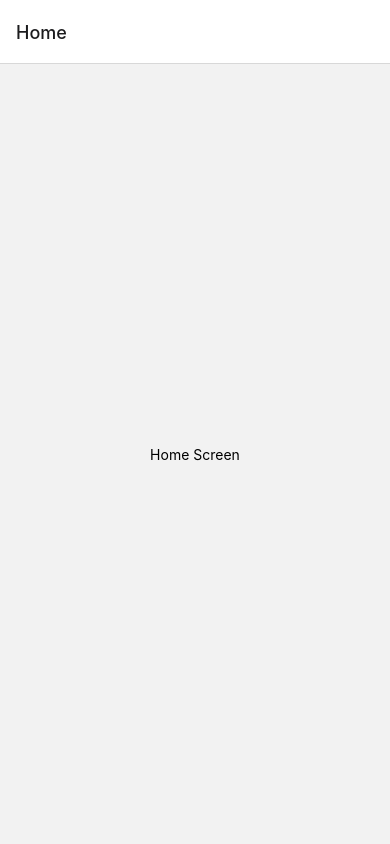
Repository: Waikato153/AwesomeProject
Screen: /
These files come from the project's save history. The screen is drawn as it stood at one moment and after a run of saves; the edit follows.
The app was drawn by React Native's web renderer in a window 390 px wide. The project was rebuilt for these pictures with package versions that can differ from the ones it lists, and the page was loaded fresh each time.

Above is the screen before, as saved 2024-02-27 23:03:38.

After the next 2 saves:
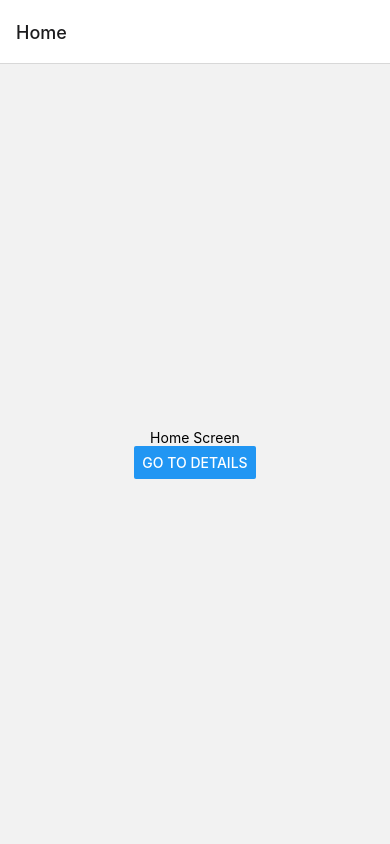
The 2 saves are shown as one change because 1 did not build or start.
The last was saved 110 s later.
--- a/App.js
+++ b/App.js
@@ -1,12 +1,30 @@
 import * as React from 'react';
-import { View, Text } from 'react-native';
+import { Button, View, Text } from 'react-native';
 import { NavigationContainer } from '@react-navigation/native';
 import { createNativeStackNavigator } from '@react-navigation/native-stack';
 
-function HomeScreen() {
+function HomeScreen({ navigation }) {
   return (
     <View style={{ flex: 1, alignItems: 'center', justifyContent: 'center' }}>
       <Text>Home Screen</Text>
+      <Button
+        title="Go to Details"
+        onPress={() => navigation.navigate('Details')}
+      />
+    </View>
+  );
+}
+
+function DetailsScreen({ navigation }) {
+  return (
+    <View style={{ flex: 1, alignItems: 'center', justifyContent: 'center' }}>
+      <Text>Details Screen</Text>
+      <Button
+        title="Go to Details... again"
+        onPress={() => navigation.push('Details')}
+      />
+      <Button title="Go to Home" onPress={() => navigation.navigate('Home')} />
+      <Button title="Go back" onPress={() => navigation.goBack()} />
     </View>
   );
 }
@@ -16,8 +34,9 @@ const Stack = createNativeStackNavigator();
 function App() {
   return (
     <NavigationContainer>
-      <Stack.Navigator>
+      <Stack.Navigator initialRouteName="Home">
         <Stack.Screen name="Home" component={HomeScreen} />
+        <Stack.Screen name="Details" component={DetailsScreen} />
       </Stack.Navigator>
     </NavigationContainer>
   );
